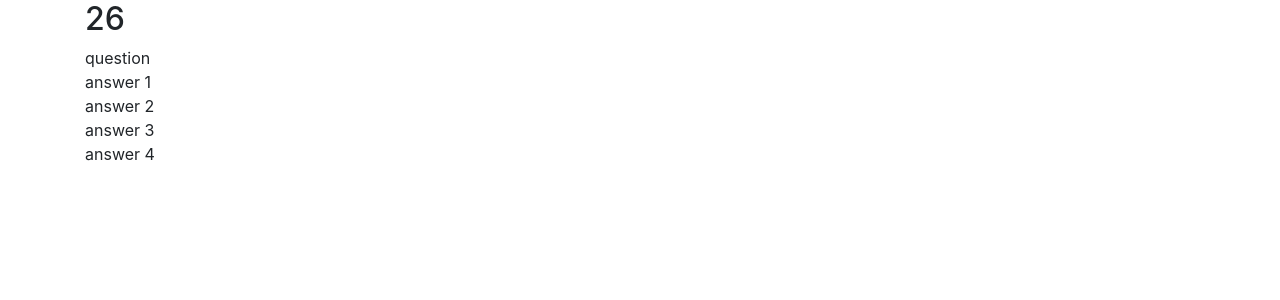
Repository: dsaftler/Trivia
Page: index.html
An editor plug-in stored every save of this project. The page is shown before and after the next save, followed by the edit.
The browser window is 1280 px wide. The pictures show the whole page.

Above is the page before, as saved 2019-04-12 18:39:47.

After the next save:
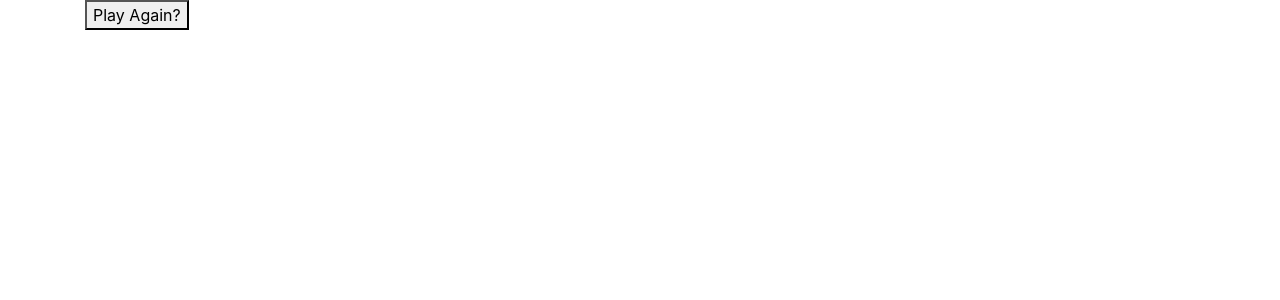
Console error: SyntaxError: Illegal break statement
Saved 45 s later.
--- a/assets/javascript/app.js
+++ b/assets/javascript/app.js
@@ -99,9 +99,9 @@
   if (seconds < 0) {
     //  ...run the stop function.
     clearInterval(timer);
-    stop();
     //  Alert the user that time is up.
     console.log("Miss");
+    break;
   }
 
   seconds--;

After the save that followed:
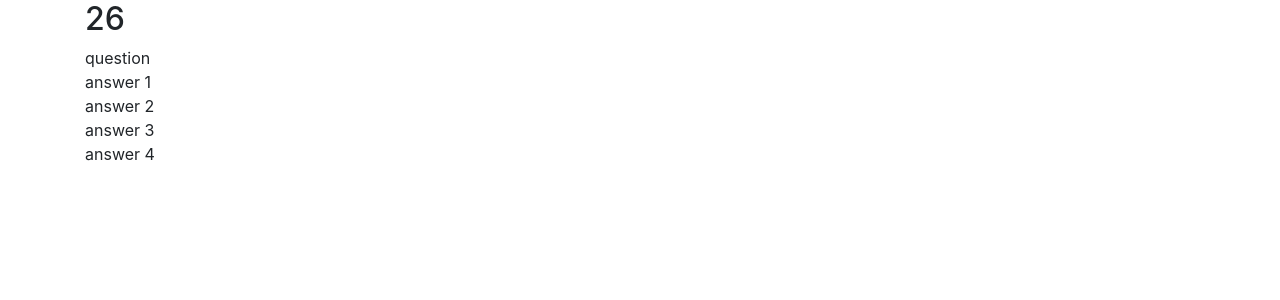
The error is gone.
Saved 38 s later.
--- a/assets/javascript/app.js
+++ b/assets/javascript/app.js
@@ -101,7 +101,7 @@
     clearInterval(timer);
     //  Alert the user that time is up.
     console.log("Miss");
-    break;
+    return;
   }
 
   seconds--;
